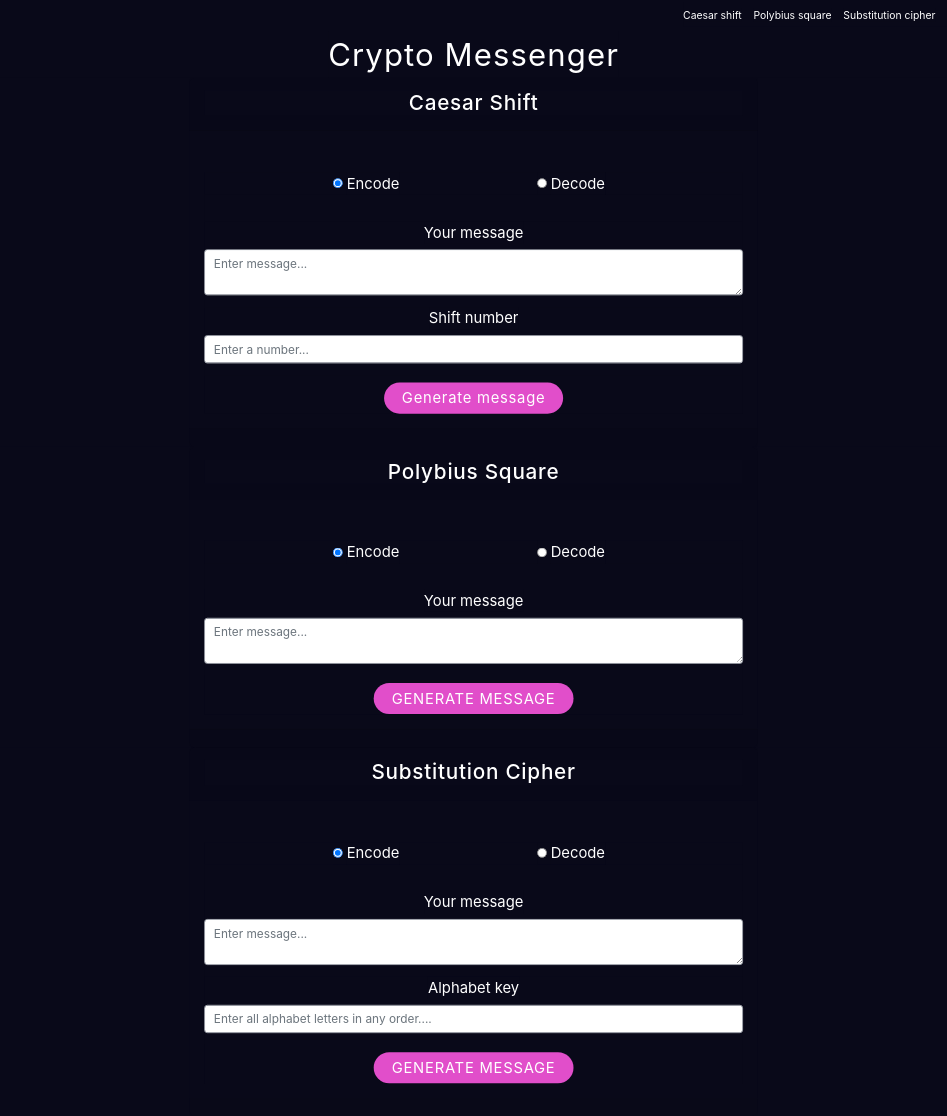
Repository: Rthompson2548/Project-Decoder-Ring
Page: index.html
These files come from the project's save history. The page is drawn as it stood at one moment and after the next save; the edit follows.
The browser window is 1280 px wide. The pictures show the whole page, at 74% of full size.

Above is the page before, as saved 2022-04-09 20:24:57.

After the next save:
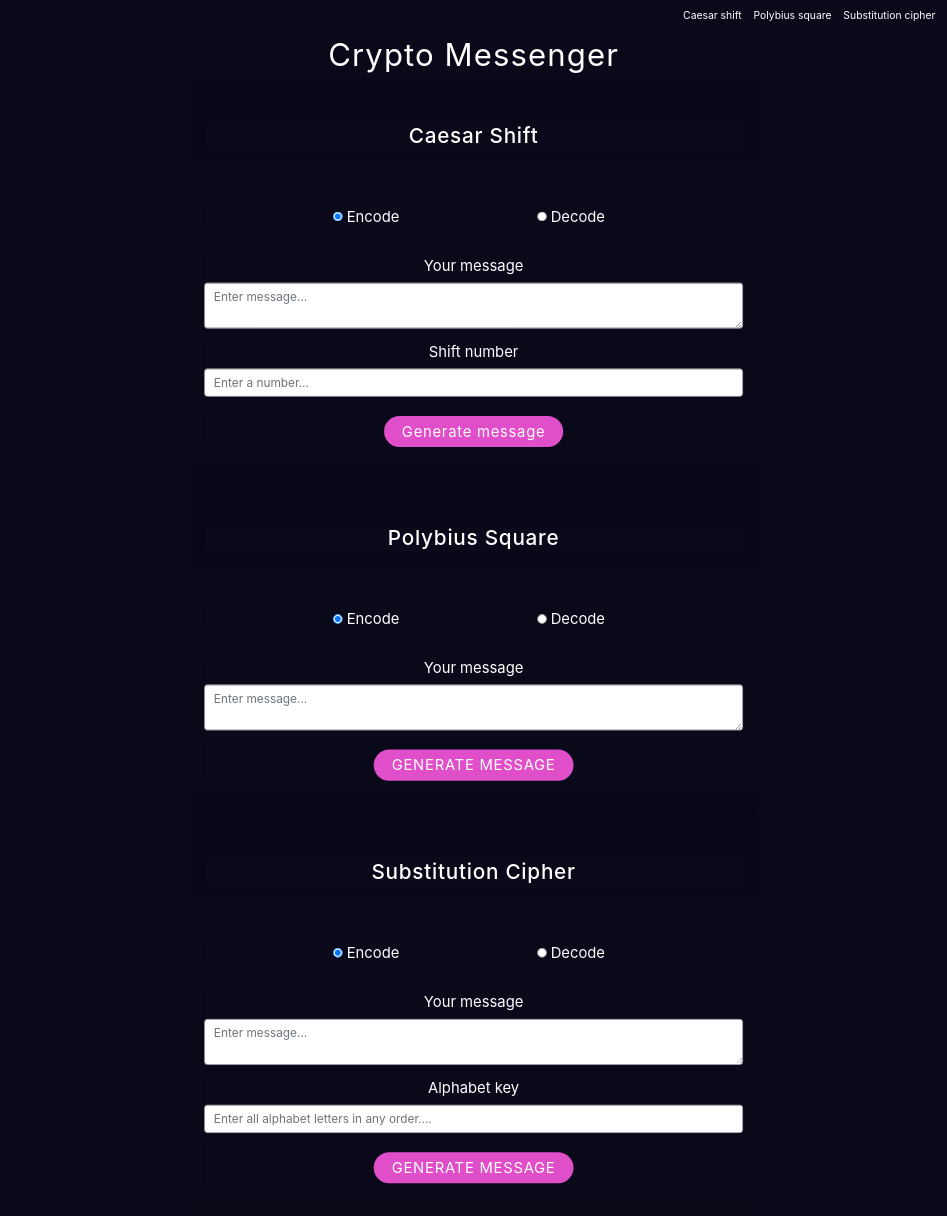
Saved 17 s later.
--- a/index.css
+++ b/index.css
@@ -73,7 +73,7 @@ label {
   font-size: 28px !important;
   letter-spacing: 1px;
   font-weight: light !important;
-  margin-top: 5px;
+  margin-top: 50px;
 }
 
 .language-card-description {
